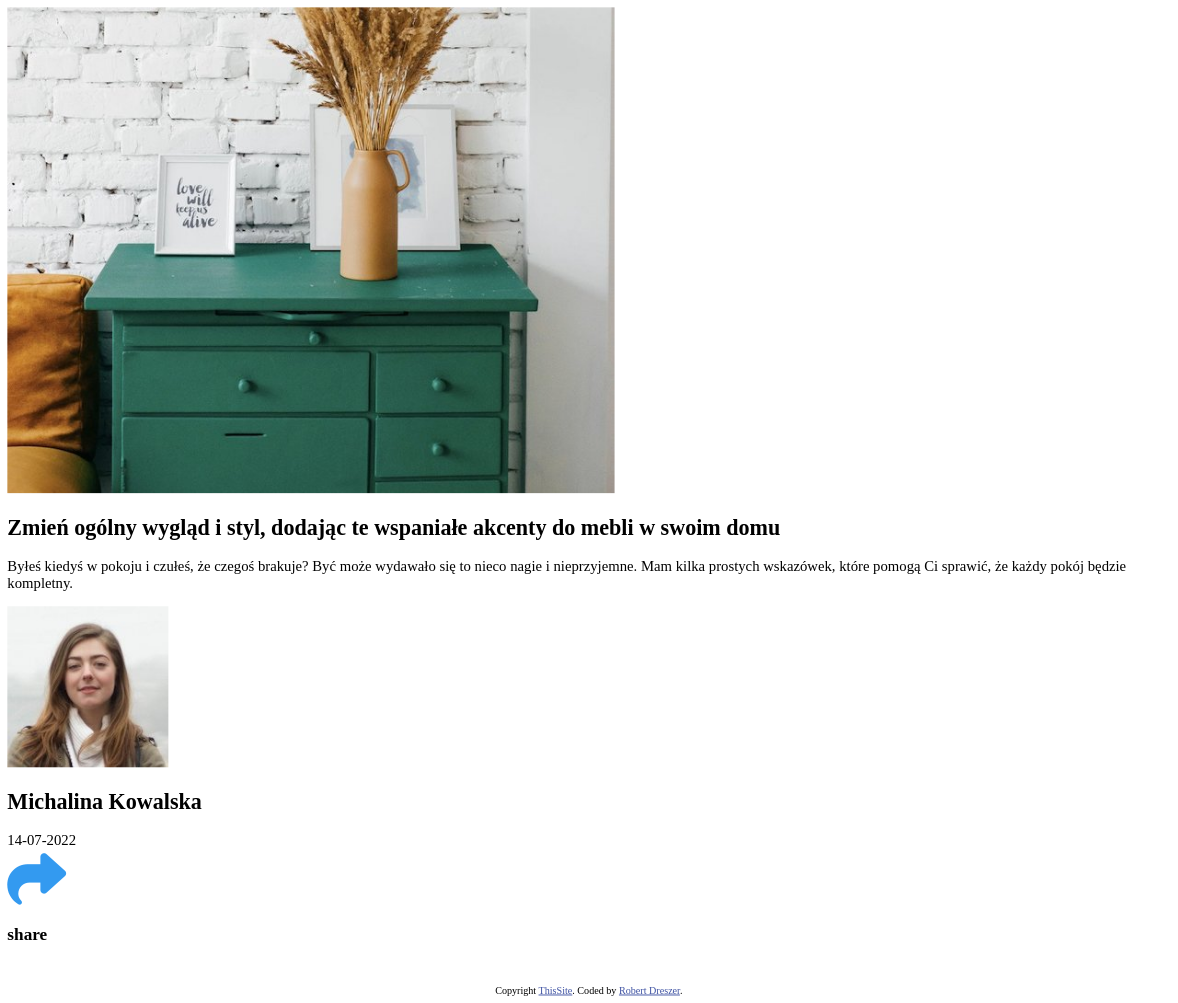
Repository: RobertDsr/komponent-podgl-du-produktu
Page: index.html
The author's editor kept a copy of each file at every save. The page is drawn from the files as they stood at one save, then again after a run of saves.
The browser window is 1280 px wide. The pictures show the whole page, at 92% of full size.
Some web libraries are served in a nearby version. The style sheet was rebuilt from its Sass, Less or Tailwind sources for each picture, by a compiler version that may differ from the author's.

Above is the page before, as saved 2022-07-14 12:41:39.

After the next 6 saves:
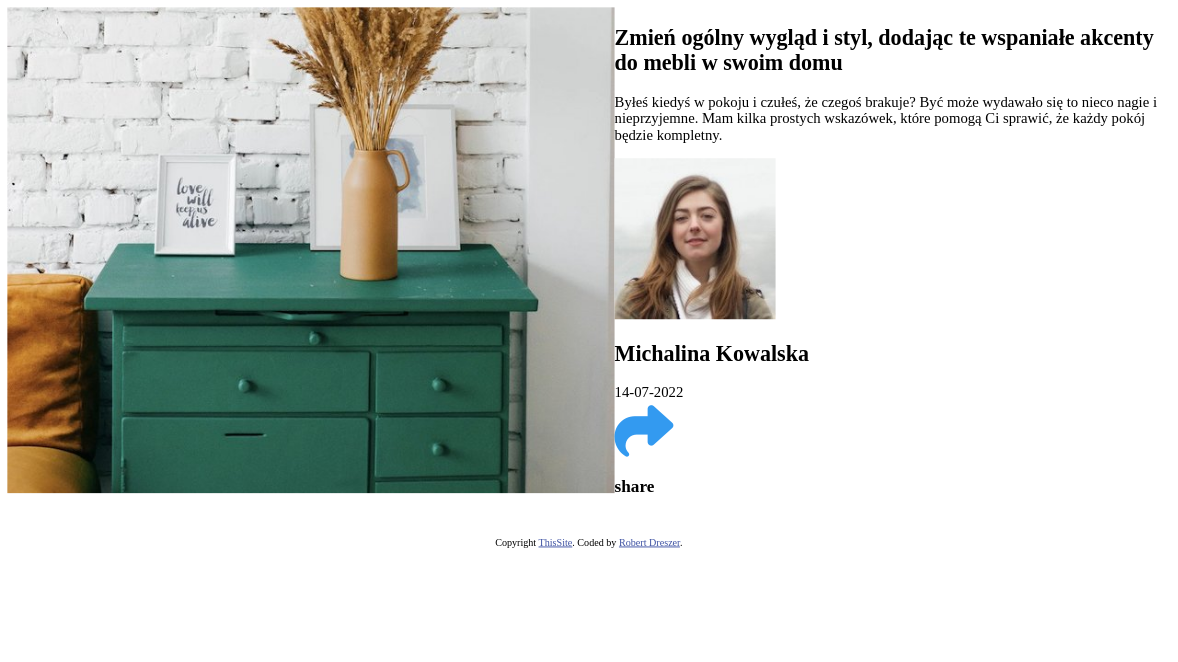
The 6 saves are shown as one change because they came seconds apart.
The last was saved 31 s later.
--- a/design/scss/main.scss
+++ b/design/scss/main.scss
@@ -3,5 +3,9 @@
     flex-direction: column;
     max-width: 1440px;
 }
+
+.columns {
+    display: flex;
+}
 .attribution { font-size: 11px; text-align: center; }
 .attribution a { color: hsl(228, 45%, 44%); }
